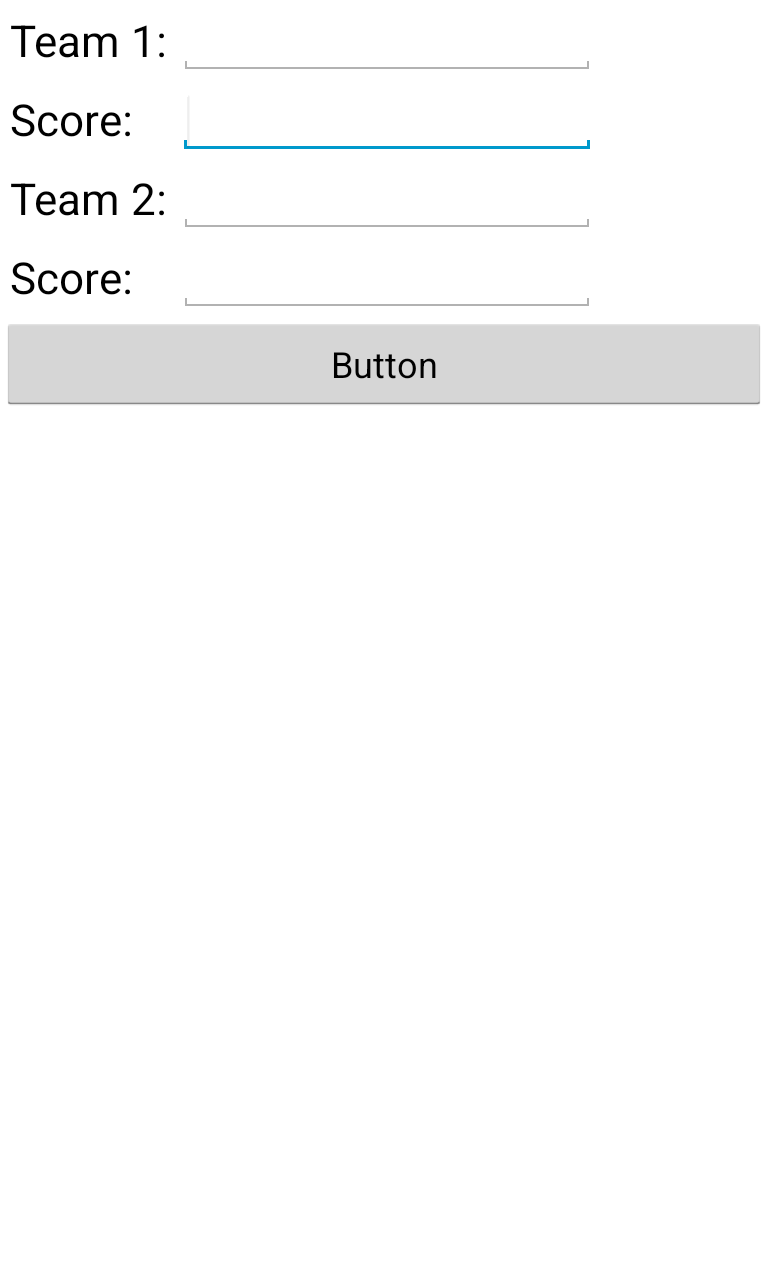
Repository: shervinshaikh/Android
Layout: NBAScoreTracker/res/layout/fragment_scores.xml
The author's editor kept a copy of each file at every save. The layout is drawn from the files as they stood at one save, then again after the next save.
It is drawn on a 768 x 1280 px phone screen (xhdpi) without system bars, with theme AppTheme; the app's code is not run.

Above is the layout before, as saved 2013-04-27 22:28:58.

### NBAScoreTracker/res/layout/fragment_scores.xml
<TableLayout xmlns:android="http://schemas.android.com/apk/res/android"
    android:layout_width="fill_parent"
    android:layout_height="fill_parent" >

    <TableRow
        android:id="@+id/tableRow1"
        android:layout_width="wrap_content"
        android:layout_height="wrap_content" >

        <TextView
            android:id="@+id/textView1"
            android:layout_width="wrap_content"
            android:layout_height="wrap_content"
            android:text="@string/team1f"
            android:textAppearance="?android:attr/textAppearanceLarge"
            android:padding="5dip"
             />

        <EditText
            android:id="@+id/editText1"
            android:layout_width="wrap_content"
            android:layout_height="wrap_content"
            android:ems="10"
            android:padding="5dip" />

    </TableRow>

    <TableRow
        android:id="@+id/tableRow2"
        android:layout_width="wrap_content"
        android:layout_height="wrap_content" >

        <TextView
            android:id="@+id/textView2"
            android:layout_width="wrap_content"
            android:layout_height="wrap_content"
            android:text="@string/score"
            android:textAppearance="?android:attr/textAppearanceLarge"
            android:padding="5dip" />

        <EditText
            android:id="@+id/editText2"
            android:layout_width="wrap_content"
            android:layout_height="wrap_content"
            android:ems="10"
            android:padding="5dip" >

            <requestFocus />
        </EditText>

    </TableRow>

    <TableRow
        android:id="@+id/tableRow3"
        android:layout_width="wrap_content"
        android:layout_height="wrap_content" >

        <TextView
            android:id="@+id/textView3"
            android:layout_width="wrap_content"
            android:layout_height="wrap_content"
            android:text="@string/team2f"
            android:textAppearance="?android:attr/textAppearanceLarge"
            android:padding="5dip" />

        <EditText
            android:id="@+id/editText3"
            android:layout_width="wrap_content"
            android:layout_height="wrap_content"
            android:ems="10"
            android:padding="5dip" />

    </TableRow>

    <TableRow
        android:id="@+id/tableRow4"
        android:layout_width="wrap_content"
        android:layout_height="wrap_content" >

        <TextView
            android:id="@+id/textView4"
            android:layout_width="wrap_content"
            android:layout_height="wrap_content"
            android:text="@string/score"
            android:textAppearance="?android:attr/textAppearanceLarge"
            android:padding="5dip" />

        <EditText
            android:id="@+id/editText4"
            android:layout_width="wrap_content"
            android:layout_height="wrap_content"
            android:ems="10"
            android:padding="5dip" />

    </TableRow>

    <Button
        android:id="@+id/button1"
        android:layout_width="wrap_content"
        android:layout_height="wrap_content"
        android:text="Button"
        android:padding="10dip" />

</TableLayout>

### NBAScoreTracker/res/values/strings.xml
<?xml version="1.0" encoding="utf-8"?>
<resources>

    <string name="app_name">NBAScoreTracker</string>
    <string name="action_settings">Settings</string>
    <string name="hello_world">Hello world!</string>

    <string name="enter_date">Enter Date</string>
    <string name="enter_game">Enter Game</string>
    <string name="next_game">Next Game</string>

    <string name="date">Date</string>
    <string name="team1">Team 1</string>
    <string name="team2">Team 2</string>
    <string name="zero">0</string>

    <string name="team1f">Team 1:</string>
    <string name="team2f">Team 2:</string>
    <string name="score">Score:</string>
    <string name="done">Done</string>

</resources>

Loaded but not shown: NBAScoreTracker/res/values/styles.xml (common file); NBAScoreTracker/res/values-v11/styles.xml (common file); NBAScoreTracker/res/values-v14/styles.xml (common file)

After the next save:
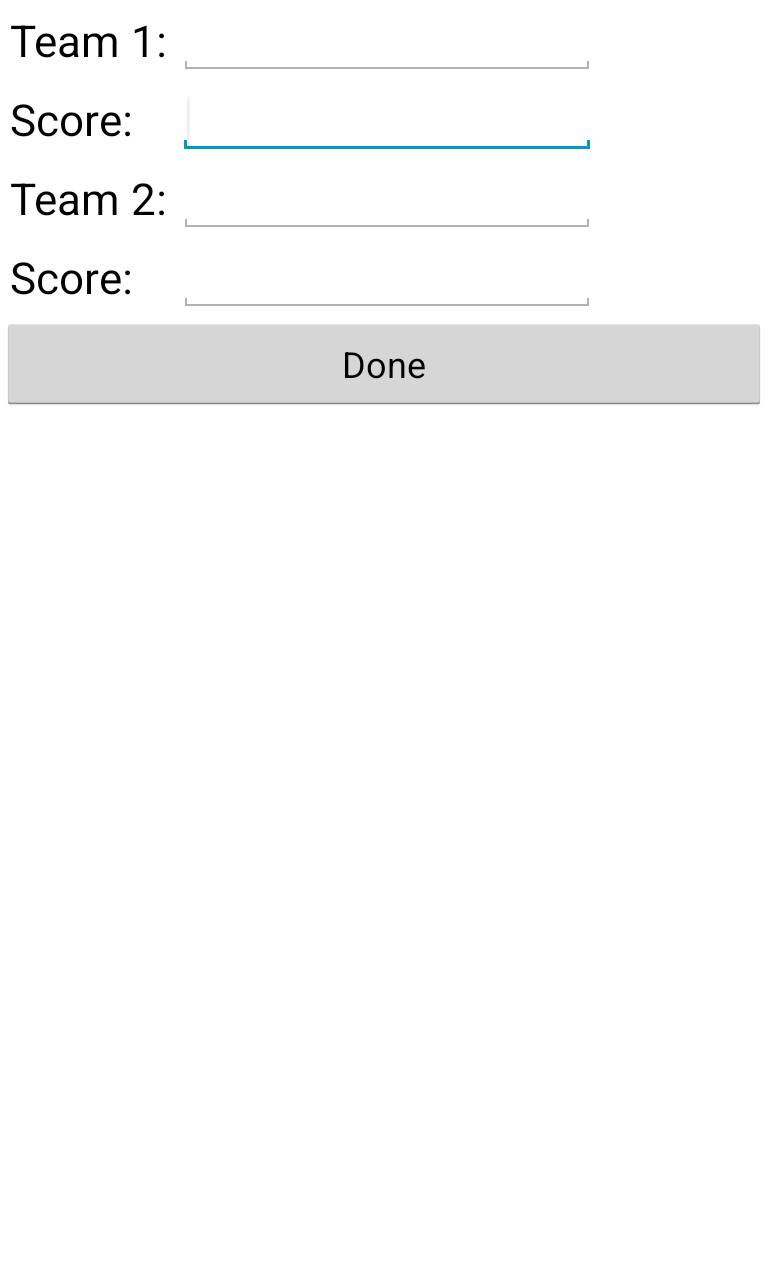
Saved 8 s later.
--- a/NBAScoreTracker/res/layout/fragment_scores.xml
+++ b/NBAScoreTracker/res/layout/fragment_scores.xml
@@ -98,7 +98,7 @@
         android:id="@+id/button1"
         android:layout_width="wrap_content"
         android:layout_height="wrap_content"
-        android:text="Button"
+        android:text="@string/done"
         android:padding="10dip" />
 
 </TableLayout>
